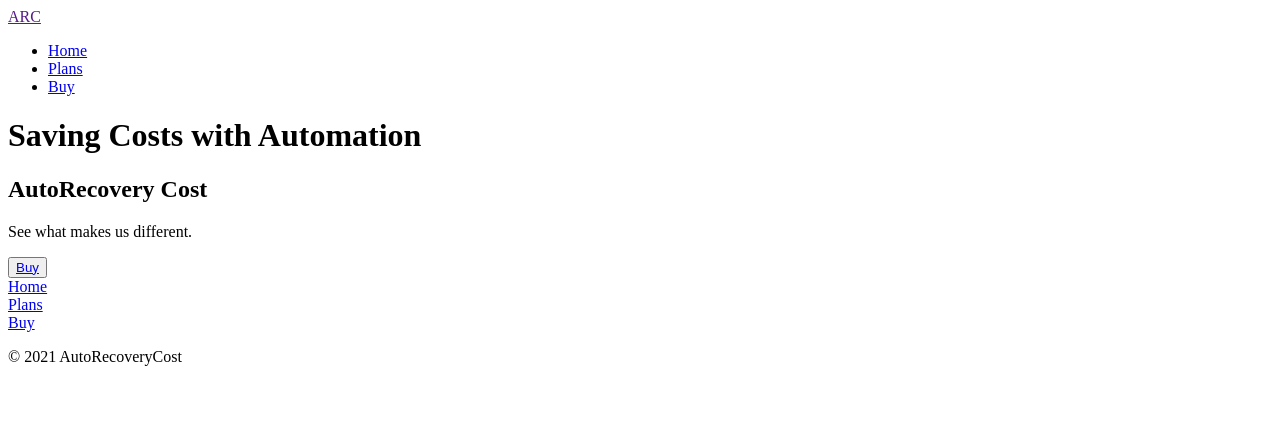
Repository: batmikun/Courses
Page: Front-End/SPA NATIVE JS/src/index.html
These files come from the project's save history. The page is drawn as it stood at one moment and after the next save; the edit follows.
The browser window is 1280 px wide. The pictures show the whole page.

Above is the page before, as saved 2021-11-21 16:52:42.

### Front-End/SPA NATIVE JS/src/index.html
<!DOCTYPE html>
<html lang="en">
    <head>
        <meta charset="UTF-8">
        <meta http-equiv="X-UA-Compatible" content="IE=edge">
        <meta name="viewport" content="width=device-width, initial-scale=1.0">
        <title>AutoRecovery Cost</title>
    </head>
    <body>
        <nav class="navbar">
            <div class="navbar__container">
                <a href="" id="navbar__logo">
                    ARC
                </a>
                <div class="navbar__toggle" id="mobile-menu">
                    <span class="bar"></span>
                    <span class="bar"></span>
                    <span class="bar"></span>
                </div>
                <ul class="navbar__menu">
                    <li class="navbar__item">
                        <a id="" href="#" class="navbar__link">Home</a>
                    </li>
                    <li class="navbar__item">
                        <a id="Products" href="#" class="navbar__link">Plans</a>
                    </li>
                    <li class="navbar__btn">
                        <a href="#" id="" class="button">Buy</a>
                    </li>
                </ul>
            </div>
        </nav>

        <div class="main">
            <div class="main__container">
                <div class="main__content">
                    <h1>Saving Costs with Automation</h1>
                    <h2>AutoRecovery Cost</h2>
                    <p>See what makes us different.</p>
                    <button class="main__btn">
                        <a href="#" id="Products">Buy</a>
                    </button>
                </div>
            </div>
        </div>

        <section id="root"></section>

        <footer class="footer">
            <div class="footer__container">
                <div class="footer__row__1">
                    <div class="footer__column__1">
                        <a id="" href="#" class="navbar__link">Home</a>
                    </div>
                    <div class="footer__column__2">
                        <a id="Products" href="#" class="navbar__link">Plans</a>
                    </div>
                    <div class="footer__column__3">
                        <a href="#" id="" class="button">Buy</a>
                    </div>
                </div>
                <div class="footer_row__2">
                    <p>&copy; 2021 AutoRecoveryCost</p>
                </div>
            </div>
        </footer>
    </body>
</html>

After the next save:
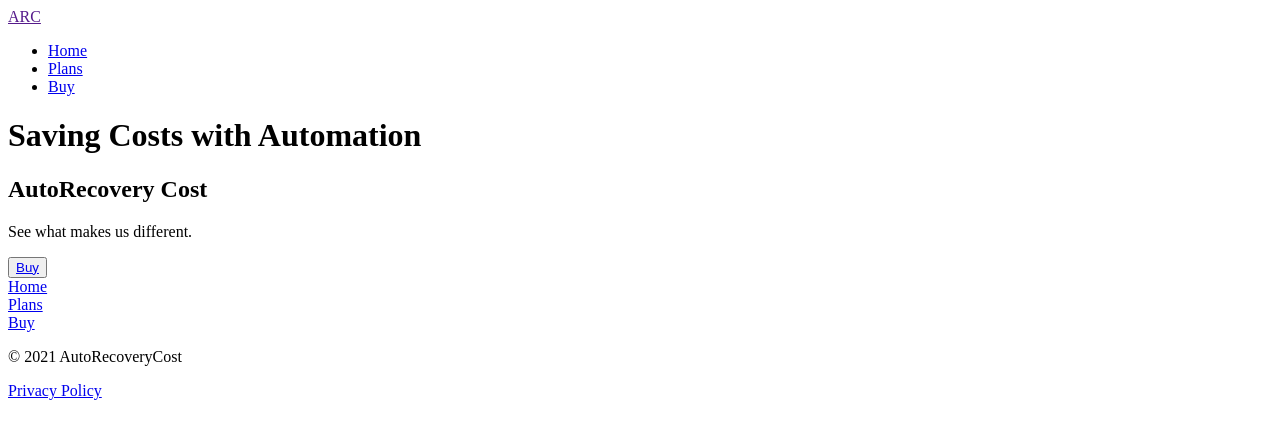
Saved 33 s later.
--- a/Front-End/SPA NATIVE JS/src/index.html
+++ b/Front-End/SPA NATIVE JS/src/index.html
@@ -61,6 +61,7 @@
                 </div>
                 <div class="footer_row__2">
                     <p>&copy; 2021 AutoRecoveryCost</p>
+                    <a href="#">Privacy Policy</a>
                 </div>
             </div>
         </footer>
